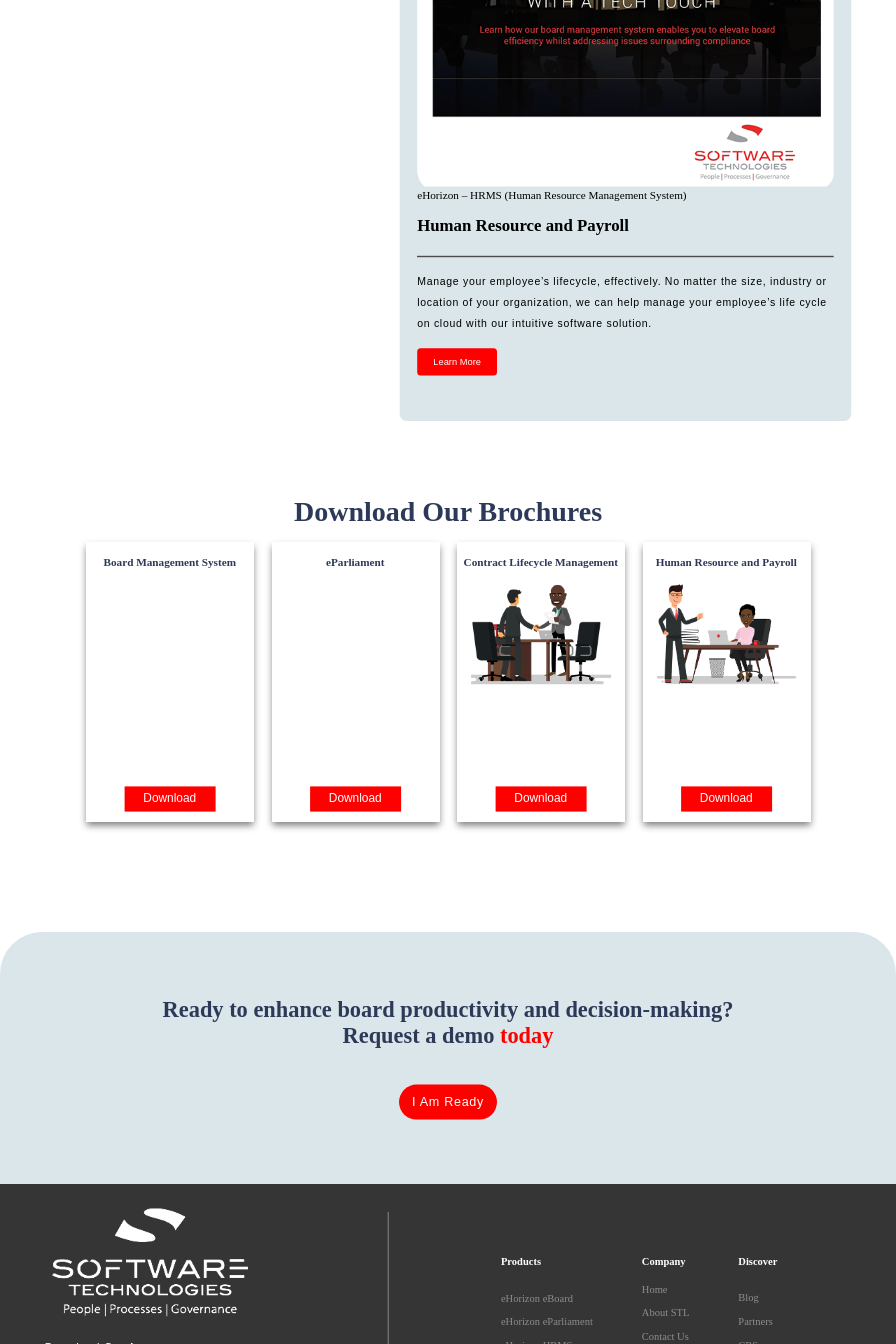
Repository: Kaleidiana/IST
Page: home.html
An editor plug-in stored every save of this project. The page is shown before and after the next save, followed by the edit.
The browser window is 1280 px wide. The pictures show the part of the page from y = 2849 to 4769 px (the page is 5246 px tall), at 70% of full size.

Above is the page before, as saved 2024-03-20 12:16:56.

### home.html
<!DOCTYPE html>
<html lang="en">

<head>
    <meta charset="UTF-8">
    <meta name="viewport" content="width=device-width, initial-scale=1.0">
    <title>Document</title>
    <link rel="stylesheet" href="home.css">
    <link rel="stylesheet" href="https://cdnjs.cloudflare.com/ajax/libs/font-awesome/6.5.1/css/all.min.css" integrity="sha512-DTOQO9RWCH3ppGqcWaEA1BIZOC6xxalwEsw9c2QQeAIftl+Vegovlnee1c9QX4TctnWMn13TZye+giMm8e2LwA==" crossorigin="anonymous" referrerpolicy="no-referrer"
    />
</head>

<body>
    <!--------home section -->
    <div id="home">
        <div class="container">
            <div class="header">
                <nav>
                    <img class="logo" src="./images/logo.png" alt="">
                    <ul>
                        <li><a style="color: red;" href="#">Home</a></li>
                        <li><a href="#">About Us</a></li>
                        <li>
                            <a href="#">Our products</a>
                            <ul class="dropdown">
                                <li><a href="#">Managing people</a></li>
                                <li><a href="#">Managing resources</a></li>
                                <li><a href="#">Managing </a></li>
                                <li><a href="#">Governance</a></li>
                            </ul>
                        </li>
                        <li><a href="contact.html">Contact</a></li>
                        <li><a class="demmo" href="#">Request Demo</a></li>
                    </ul>
                </nav>

                <div class="home-content">
                    <div class="home-texts">
                        <h1>Growing with <span>Clients</span></h1>
                        <p>We work in a data-centric world. What if we could help you translate your organization’s data into valuable insights that could help you manage people, processes and governance better?</p>
                        <button>Learn More</button>
                    </div>
                    <div class="the-image">
                        <img src="./images/happy.png" alt="">
                    </div>
                </div>
            </div>
        </div>
    </div>

    <div id="about">
        <div class="header2-content">
            <h1>Delivering Client Value Since 1991</h1>
            <p>Since 1991, we’ve excelled in our field by leveraging technology, embracing change, and fostering innovation to deliver value to our clients.</p>
        </div>

        <div class="about-content">
            <div class="text">
                <p>eHorizon – HRMS (Human Resource Management System)</p>
                <h2>Human Resource and Payroll</h2>
                <hr>
                <p class="main-text">Manage your employee’s lifecycle, effectively. No matter the size, industry or location of your organization, we can help manage your employee’s life cycle on cloud with our intuitive software solution.
                </p>
                <button>Learn More</button>
            </div>
            <div class="image-content">
                <img src="images/one.png" alt="">
            </div>
            <div class="image-content">
                <img src="images/two.png" alt="">
            </div>
            <div class="text">
                <p>eHorizon – HRMS (Human Resource Management System)</p>
                <h2>Human Resource and Payroll</h2>
                <hr>
                <p class="main-text">Manage your employee’s lifecycle, effectively. No matter the size, industry or location of your organization, we can help manage your employee’s life cycle on cloud with our intuitive software solution.
                </p>
                <button>Learn More</button>
            </div>

            <div class="text">
                <p>eHorizon – HRMS (Human Resource Management System)</p>
                <h2>Human Resource and Payroll</h2>
                <hr>
                <p class="main-text">Manage your employee’s lifecycle, effectively. No matter the size, industry or location of your organization, we can help manage your employee’s life cycle on cloud with our intuitive software solution.
                </p>
                <button>Learn More</button>
            </div>
            <div class="image-content">
                <img src="images/Betty-eBoard.jpg" alt="">
            </div>
            <div class="image-content">
                <img src="images/4.jpg" alt="">
            </div>
            <div class="text">
                <img src="images/board1.png" alt="">
                <p>eHorizon – HRMS (Human Resource Management System)</p>
                <h2>Human Resource and Payroll</h2>
                <hr>
                <p class="main-text">Manage your employee’s lifecycle, effectively. No matter the size, industry or location of your organization, we can help manage your employee’s life cycle on cloud with our intuitive software solution.
                </p>
                <button>Learn More</button>
            </div>
        </div>
    </div>
    <!---------product section------->
    <div id="product">
        <h1>Download Our Brochures</h1>
        <div class="product-images">
            <div>
                <h4 class="try">Board Management System</h4>
                <button class="btnn">Download</button>
            </div>
            <div>
                <h4 class="try">eParliament</h4>

                <button class="btnn">Download</button>
            </div>
            <div>
                <h4 class="try">Contract Lifecycle Management</h4>
                <img src="./images/Contract..png" alt="">
                <button class="btnn">Download</button>
            </div>
            <div>
                <h4 class="try">Human Resource and Payroll</h4>
                <img src="./images/contact2.png" alt="">
                <button class="btnn">Download</button>
            </div>
        </div>

    </div>
    <div class="down-side">
        <h1>Ready to enhance board productivity and decision-making?<br> Request a demo <span style="color: red;">today</span></h1>
        <button>I Am Ready</button>
    </div>

    <div id="request">
        <div class="left-side">
            <img class="" src="logo.png" alt="">
            <p>Download Our Apps</p>
            <button>App Store</button>
            <button>App Play</button>
        </div>
        <div class="horizontal-line">

        </div>
        <div class="right-side">
            <div>
                <h4>Products</h4>
                <p>eHorizon eBoard</p>
                <p>eHorizon eParliament</p>
                <p>eHorizon HRMS</p>
                <p>eHorizon Mkataba</p>
            </div>

            <div>
                <h4>Company</h4>
                <p>Home</p>
                <p>About STL</p>
                <p>Contact Us</p>
                <p>Security</p>
            </div>

            <div>
                <h4>Discover</h4>
                <p>Blog</p>
                <p>Partners</p>
                <p>CRS</p>
                <p>Career Opportunities</p>
            </div>
        </div>
    </div>
    <hr>
    <div class="foot">
        <div class="copy-write">
            <p>©1991-2024 Software Technologies Ltd. All Rights Reserved | Privacy Policy | Terms & Conditions</p>
        </div>

        <div class="icons">
            <i class="fa-brands fa-linkedin"></i>
            <i class="fa-brands fa-twitter"></i>
            <i class="fa-brands fa-facebook"></i>
        </div>
    </div>
</body>

</html>

### home.css
* {
    margin: 0;
    padding: 0;
    box-sizing: border-box;
}

.header {
    width: 100%;
    background: radial-gradient(closest-side at 1050px 250px, red, black);
    color: #fff;
}

nav {
    display: flex;
    justify-content: space-between;
    align-items: center;
}

#home {
    padding: 10px 5%;
    width: 100%;
    height: 100vh;
    background-color: black;
}

ul {
    list-style: none;
}

ul li {
    display: inline-block;
    position: relative;
}

ul li a {
    display: block;
    padding: 15px 20px;
    color: #fff;
    text-decoration: none;
    text-align: center;
}

ul li ul.dropdown li a {
    color: black;
}

ul li ul.dropdown li {
    display: block;
}

ul li ul.dropdown {
    width: 100%;
    position: absolute;
    display: none;
}

ul li:hover ul.dropdown {
    display: block;
    background-color: #fff;
    width: 250px;
    border-radius: 10px;
}

.logo {
    width: 200px;
}

.demmo {
    background-color: red;
    color: #fff;
    padding: 12px 18px;
    border: none;
    border-radius: 5px;
    font-family: sans-serif;
}

.the-image img {
    width: 430px;
    margin-top: 10%;
}

.home-content {
    display: flex;
    justify-content: space-between;
}

.home-texts {
    flex-basis: 60%;
}

.home-content p {
    line-height: 30px;
    letter-spacing: 1px;
    font-size: 18px;
    font-family: sans-serif;
    font-weight: 300;
    margin-bottom: 40px;
}

.home-content h1 {
    font-size: 60px;
    margin-bottom: 40px;
}

.home-content span {
    color: red;
}

.home-content button {
    background-color: white;
    color: red;
    padding: 14px 20px;
    border: none;
    border-radius: 5px;
    font-family: sans-serif;
    font-size: 18px;
}


/*-------ABOUT SECTION --------*/

#about {
    padding: 10px 5%;
}

.about-content {
    display: grid;
    grid-template-columns: 1fr 1fr;
    column-gap: 30px;
    row-gap: 20px;
    margin-top: 6%;
}

.text {
    background-color: #DAE6E9;
    padding: 65px 25px;
    border-radius: 10px;
}

.text p {}

.main-text {
    font-size: 15px;
    margin-top: 20px;
    letter-spacing: 1px;
    line-height: 30px;
    font-family: sans-serif;
}

.text h2 {
    margin-top: 20px;
    margin-bottom: 30px;
}

.image-content img {}

.text button {
    margin-top: 20px;
    background-color: red;
    border: none;
    padding: 12px 23px;
    color: white;
    border-radius: 5px;
}

.header2-content {
    display: flex;
    align-items: center;
    justify-content: center;
    flex-direction: column;
}

.header2-content h1 {
    padding-left: 0px;
    font-size: 46px;
    margin-bottom: 30px;
    color: #2d3958;
}

.header2-content p {
    width: 650px;
    color: #7b88a8;
    font-size: 19px;
    line-height: 30px;
    letter-spacing: 1px;
    font-family: sans-serif;
    font-weight: 200;
}

hr {
    color: black;
    border: solid 0.6px;
}


/*-----------PRODUCT SECTION______*/

#product {
    padding: 10px 8%;
    width: 100%;
    height: 100vh;
    display: flex;
    align-items: center;
    flex-direction: column;
}

.product-images img {
    width: 100%;
}

.product-images {
    display: grid;
    grid-template-columns: 1fr 1fr 1fr 1fr;
    column-gap: 25px;
}

.product-images div {
    position: relative;
    padding-top: 60px;
    width: 240px;
    height: 400px;
    padding-left: 20px;
    padding-right: 20px;
    box-shadow: 0 6px 10px rgba(0, 0, 0, .5);
}

.btnn {
    font-size: 17px;
    position: absolute;
    bottom: 15px;
    left: 50%;
    transform: translate(-50%);
    width: 130px;
    background-color: red;
    color: white;
    border: none;
    padding: 8px;
}

i {
    background-color: #fff;
}

#product h1 {
    margin-top: 8%;
    color: #2d3958;
    margin-bottom: 20px;
    font-size: 40px;
    font-weight: 900;
}

.try {
    white-space: nowrap;
    top: 20px;
    left: 50%;
    transform: translate(-50%);
    position: absolute;
    color: #2d3958;
}

.down-side {
    width: 100%;
    height: 50vh;
    background-color: #DAE6E9;
    border-radius: 60px 60px 0 0;
    display: flex;
    justify-content: center;
    align-items: center;
    text-align: center;
    flex-direction: column;
}

.down-side h1 {
    color: #2d3958;
}

.down-side button {
    margin-top: 4%;
    width: 140px;
    height: 50px;
    background-color: red;
    color: #fff;
    border: none;
    font-size: 18px;
    letter-spacing: 1px;
    border-radius: 50px;
    padding: 5px;
}


/*--------request demo section------*/

#request {
    padding: 10px 5%;
    width: 100%;
    height: 70vh;
    background-color: #353535;
    display: flex;
    justify-content: space-between;
    color: #fff;
}

.left-side p {
    margin-top: 10px;
    margin-bottom: 20px;
    font-family: sans-serif;
    letter-spacing: 1px;
}

.left-side button {
    background-color: #353535;
    width: 160px;
    height: 55px;
    border: none;
    font-size: 16px;
    box-shadow: 4px 4px rgba(0, 0, 0, .3), -4px -4px rgba(0, 0, 0, .3);
    color: rgb(186, 186, 186);
    border-radius: 8px;
    margin: 10px;
}

.right-side {
    display: flex;
    font-size: 15px;
    margin-top: 5%;
}

.right-side div {
    margin: 35px;
}

.right-side h4 {
    margin-bottom: 20%;
}

.right-side p {
    line-height: 34px;
    color: rgb(143, 140, 140);
}

.horizontal-line {
    width: 1px;
    background-color: darkgray;
    height: 60vh;
    margin-top: 30px;
}

.foot {
    display: flex;
    justify-content: space-between;
    align-items: center;
    padding: 10px 5%;
    width: 100%;
    background-color: #353535;
    color: white;
    height: 200px;
}

.icons i {
    margin: 10px;
    color: black;
    padding: 5px;
}

hr {
    border: 0.01px solid;
    color: rgb(75, 75, 75);
}

.tag {
    margin-right: 100%;
}

After the next save:
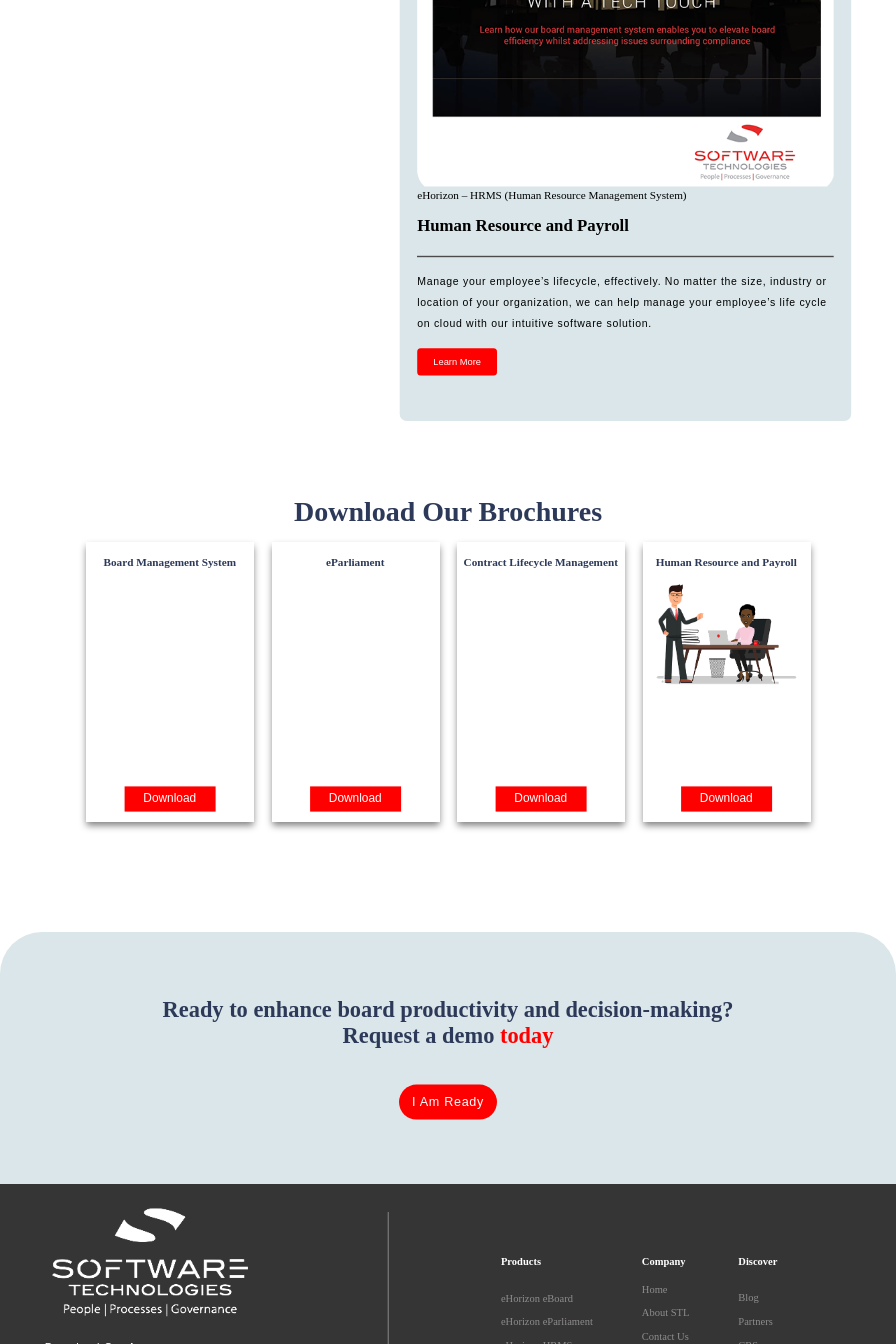
Not found: images/Contract.png
Saved 10 s later.
--- a/home.html
+++ b/home.html
@@ -118,7 +118,7 @@
             </div>
             <div>
                 <h4 class="try">Contract Lifecycle Management</h4>
-                <img src="./images/Contract..png" alt="">
+                <img src="./images/Contract.png" alt="">
                 <button class="btnn">Download</button>
             </div>
             <div>

After the 3 saves that followed:
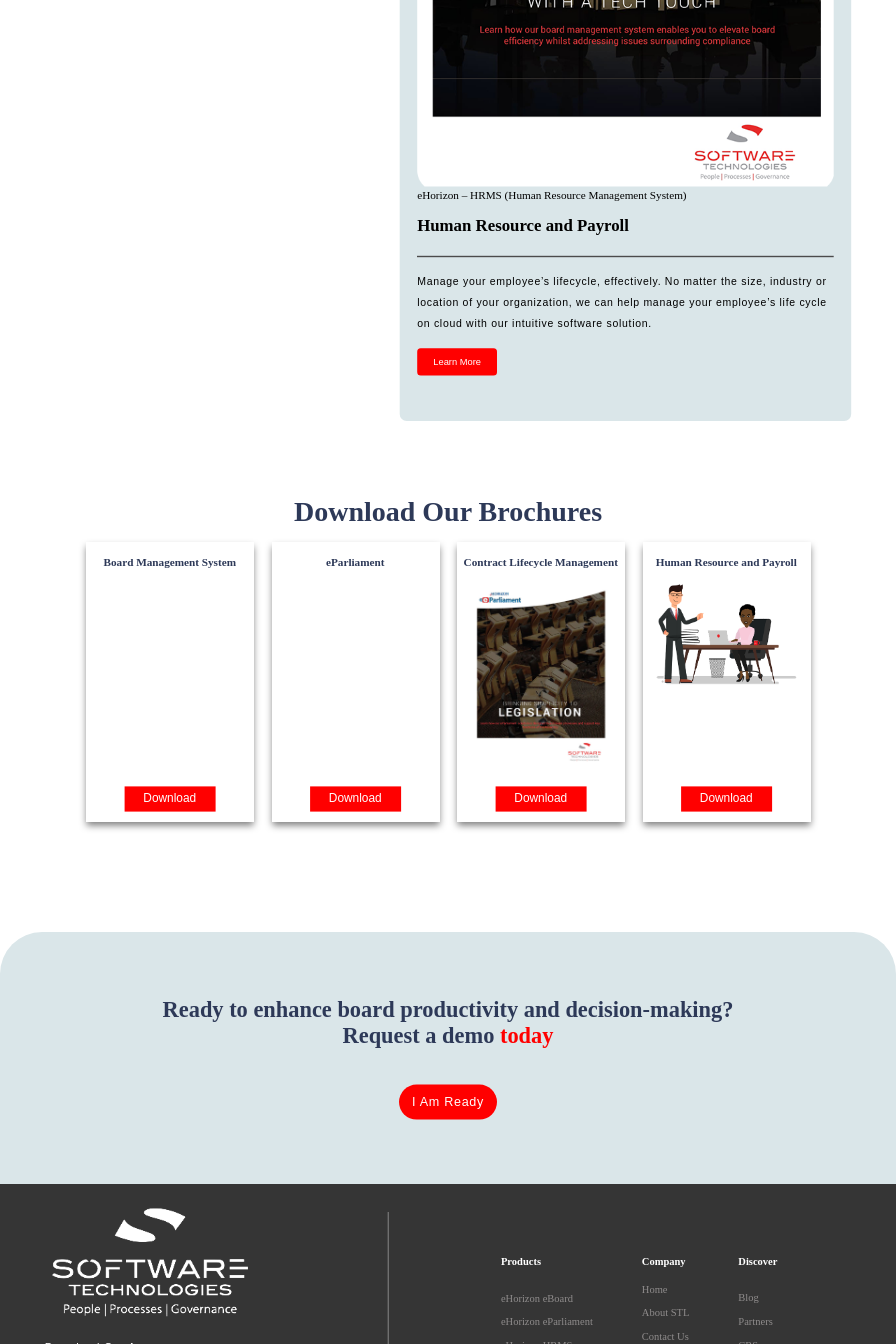
The 3 saves are shown as one change because 1 left the picture as it was and some came seconds apart.
The last was saved 58 s later.
--- a/home.html
+++ b/home.html
@@ -118,7 +118,7 @@
             </div>
             <div>
                 <h4 class="try">Contract Lifecycle Management</h4>
-                <img src="./images/Contract.png" alt="">
+                <img src="images/board2.jpg" alt="">
                 <button class="btnn">Download</button>
             </div>
             <div>
